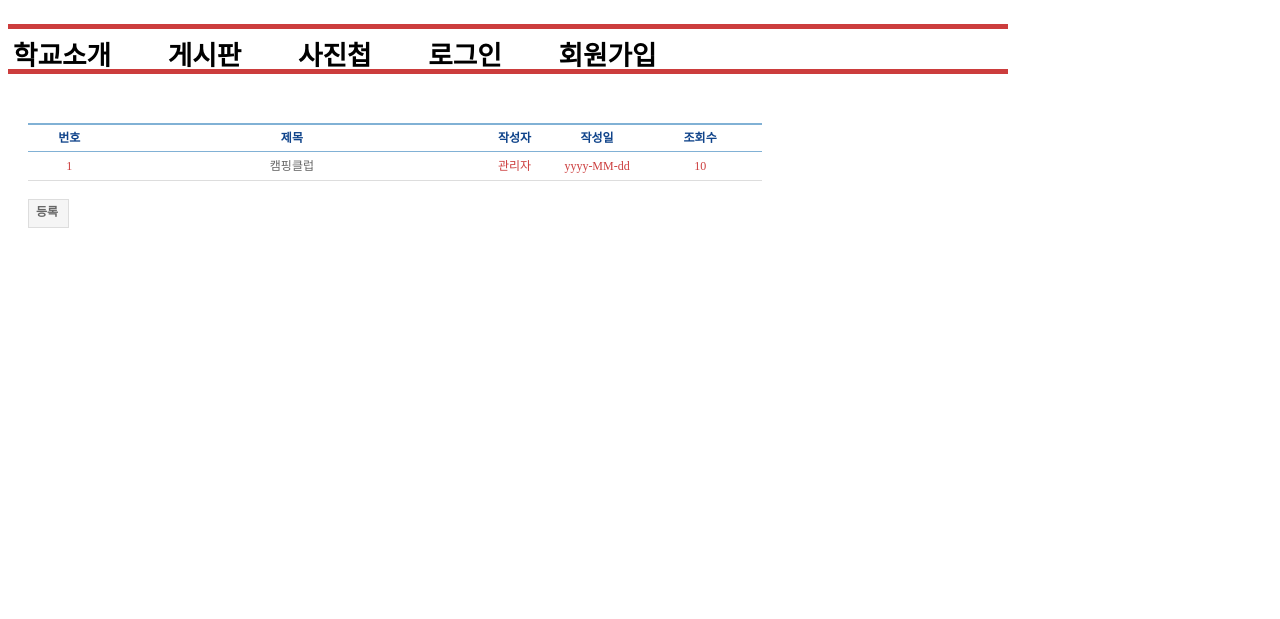
Repository: asaf0813/aisw
Page: java/이클립스/workspace/html/htmltest/WebContent/picture/list.html
The author's editor kept a copy of each file at every save. The page is drawn from the files as they stood at one save, then again after the next save.
The browser window is 1280 px wide. The pictures show the part of the page from y = 158 to 777 px (the page is 777 px tall).

Above is the page before, as saved 2019-10-03 09:15:35.

### java/이클립스/workspace/html/htmltest/WebContent/picture/list.html
<!doctype html>
<html lang="en">
	<head>
		<meta charset="UTF-8">
		<meta name="Generator" content="EditPlus®">
		<meta name="Author" content="">
		<meta name="Keywords" content="">
		<meta name="Description" content="">
		<title>bbs</title>
		<link href="./list.css" rel="stylesheet" type="text/css" >
		<style type="text/css">
		a { text-decoration:none }
		</style>
	</head>
	<body>

		<div class="header">
			<a href="../main.html">
			<img width="100%" height="150" src = "http://www.postech.ac.kr/wp-content/themes/postech/images/imgs/signature4.png", alt="" ></a>
		<div>
			<p style="margin-top:20px"></p>
		</div>

		<div class="topnavi_ds">
			<div class="topnavi">
				<a href="../intro/intro.html">학교소개</a> <a href="../board/list.html">게시판</a> <a href="../picture/list.html">사진첩</a> <a href="../member/login.html">로그인</a> <a href="../member/join.html">회원가입</a>
			</div>
		</div>

		<div class="divide"/>

		<div class="body">

			<div class="default_tablestyle">
				<table summary="번호,게시판명,게시판유형,게시판속성,생성일,사용여부  목록입니다" cellpadding="0" cellspacing="0">
					<colgroup>
						<col width="10%" >
						<col width="44%" >
						<col width="10%" >
						<col width="10%" >
						<col width="15%" >
						<col width="8%" >
					</colgroup>
					<thead>
						<tr>
							<th scope="col" class="f_field" nowrap="nowrap">번호</th>
							<th scope="col" nowrap="nowrap">제목</th>
							<th scope="col" nowrap="nowrap">작성자</th>
							<th scope="col" nowrap="nowrap">작성일</th>
							<th scope="col" nowrap="nowrap">조회수</th>
						</tr>
					</thead>
					<tbody>
						<tr>
							<td nowrap="nowrap">1</td>
							<td nowrap="nowrap"><a href="view.html">캠핑클럽</a></td>
							<td nowrap="nowrap">관리자</td>
							<td nowrap="nowrap">yyyy-MM-dd</td>
							<td nowrap="nowrap">10</td>
						</tr>
					</tbody>
				</table>
				</br>
				<div class="buttons">
					<a href="./insert.html">등록</a>
				</div>
			</div>
		</div>

	</body>
</html>

### java/이클립스/workspace/html/htmltest/WebContent/picture/list.css
.header a:hover{color:red;}
.header a{color:blue;}

.header{
	width:1000px;
	height:50px;
	float:left;
	font-size: 9pt;
}

.topnavi_ds{
	width:100%;
	height:5px;
	background-color:#CC3D3D;
	float:left;
}
.topnavi a:hover{color:green;}
.topnavi a{color:#000000;}

.topnavi{
	width:1000px; height:30px;
	float:left;
	margin-top:10px;
	margin-left:5px;
	font-size: 20pt;
	font-weight: bold;
	word-spacing:50px;
}

.divide{
	width:100%;
	height:5px;
	float:left;
	margin-top: 25px;
	background-color:#CC3D3D;
	margin-top:40px;
}

.body{
	font-size: 9pt;
	margin-top:50px;
	margin-left:20px;
	width:1000px;
	height:500px;
	float:left;
}




.default_tablestyle {
	clear:both;
    color: #CC3D3D;
    float: left;
    line-height: 18px;
    padding-top: 4px;
}

.default_tablestyle table {
    table-layout: fixed;
    text-align: center;
    width: 800px;
}

.default_tablestyle table th {
    border-bottom: 1px solid #81B1D5;
    border-top: 2px solid #81B1D5;
    color:#0f438a;
    height: 26px;
}

.default_tablestyle table td {
    border-bottom: 1px solid #dddddd;
    line-height: 28px;
    overflow: hidden;
    padding-left: 0px;
    white-space: nowrap;
    width: 100%;
}
.default_tablestyle a {
    color: #666666;
}

.default_tablestyle a:link, a:visited {
    color: #666666;
}

.default_tablestyle a:hover {
    color: #1F58B1;
    text-decoration: underline;
}
.default_tablestyle .align_left_text {
    float: left;
    padding-left: 3px;
}


/* btn */
.buttons a, .buttons button{

    display:block;
    float:left;
    margin:0 7px 0 0;
    background-color:#f5f5f5;
    border:1px solid #dddddd;
    font-size:9pt;
    line-height:130%;
    text-decoration:none;
    font-weight:bold;
    color:#565656;
    cursor:pointer;
    padding:5px 10px 6px 7px; /* Links */
}

.buttons a:hover{color:#4786AD;}

After the next save:
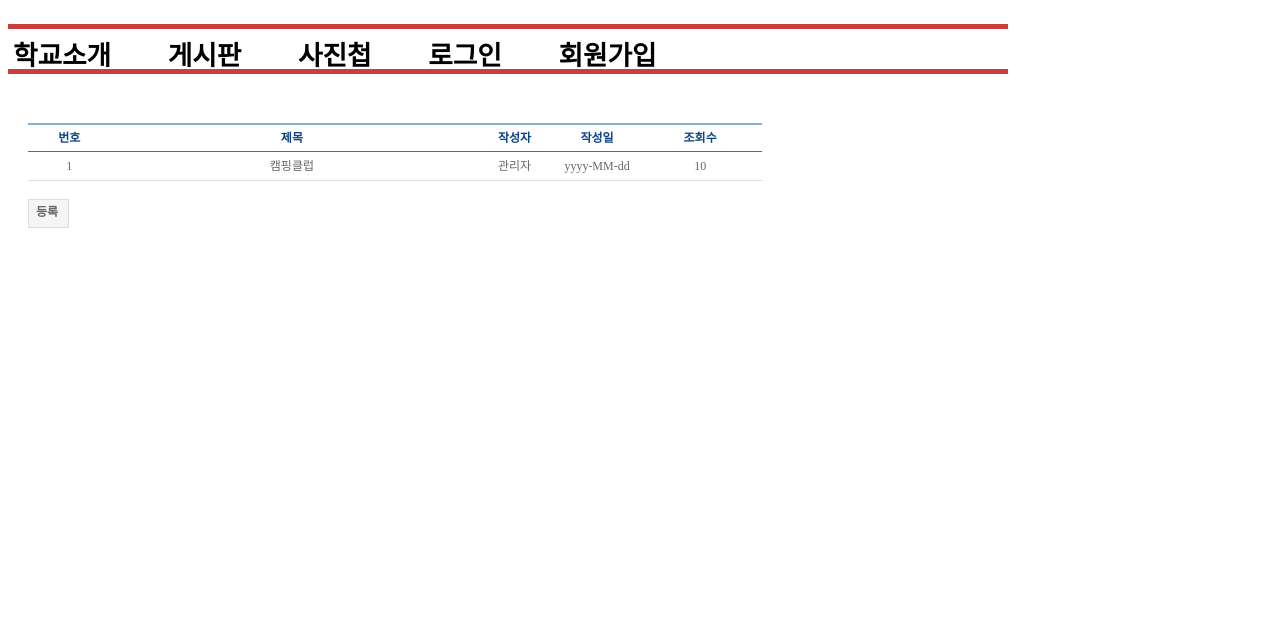
Saved 21 s later.
--- a/java/이클립스/workspace/html/htmltest/WebContent/picture/list.css
+++ b/java/이클립스/workspace/html/htmltest/WebContent/picture/list.css
@@ -50,7 +50,7 @@
 
 .default_tablestyle {
 	clear:both;
-    color: #CC3D3D;
+    color: #666666;
     float: left;
     line-height: 18px;
     padding-top: 4px;
@@ -63,7 +63,7 @@
 }
 
 .default_tablestyle table th {
-    border-bottom: 1px solid #81B1D5;
+    border-bottom: 1px solid #CC3D3D;
     border-top: 2px solid #81B1D5;
     color:#0f438a;
     height: 26px;
